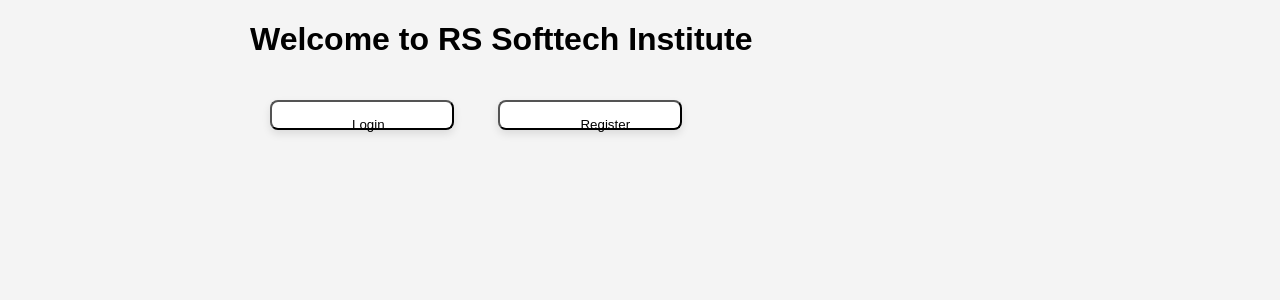
Repository: kkale14/My_allpr
Page: Kalyani1/src/main/webapp/Newpage.html
An editor plug-in stored every save of this project. The page is shown before and after the next save, followed by the edit.
The browser window is 1280 px wide. The pictures show the whole page.

Above is the page before, as saved 2025-03-03 08:36:27.

After the next save:
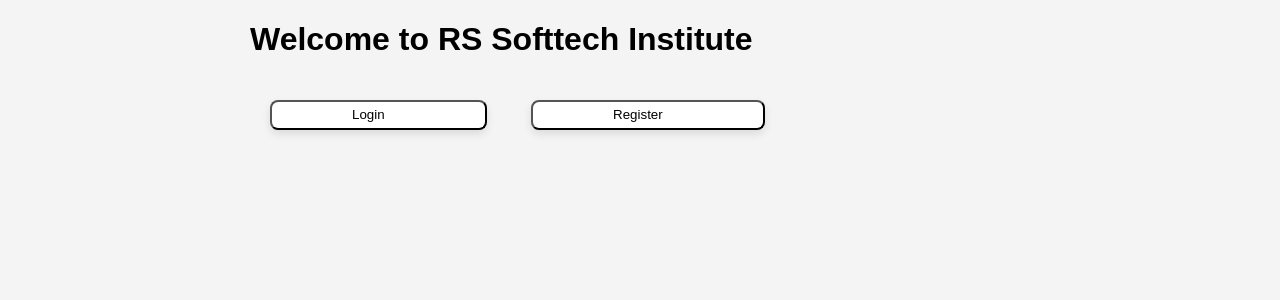
Saved 48 s later.
--- a/Kalyani1/src/main/webapp/Newpage.html
+++ b/Kalyani1/src/main/webapp/Newpage.html
@@ -18,12 +18,10 @@
             color: #333;
         }
         .container{
-          width: 10px;
+          width: auto;
           height:30px;
           text-align:center;
             margin: 20px;
-            padding-top:15px;
-
             padding-left: 80px;
             padding-right:100px;
             background-color: white;
